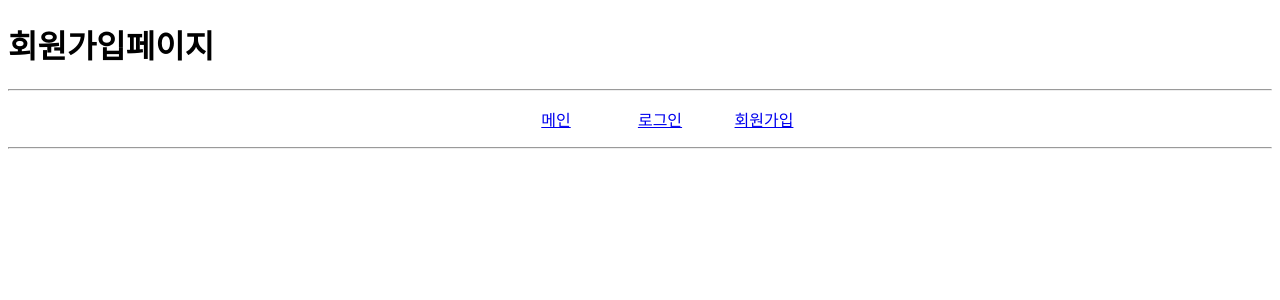
Repository: sunandjun/jspwork
Page: http://localhost/cos/join.jsp
The author's editor kept a copy of each file at every save. The page is drawn from the files as they stood at one save, then again after the next save.
The browser window is 1280 px wide. The pictures show the whole page.
The page is served by Tomcat 9.

Above is the page before, as saved 2020-08-22 02:45:10.

After the next save:
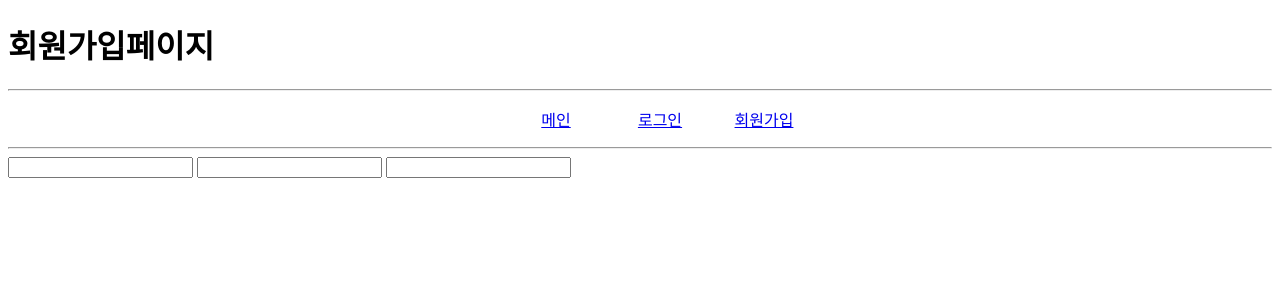
Saved 2 min 45 s later.
--- a/cos/WebContent/join.jsp
+++ b/cos/WebContent/join.jsp
@@ -29,7 +29,9 @@
 
 <!-- form 테그는 데이터를 전송하기 위한 박스 -->
 <form action="">
-
+	<input type="text" name="username"/>
+	<input type="password" name="password"/>
+	<input type="email" name="email"/>
 </form>
 
 
